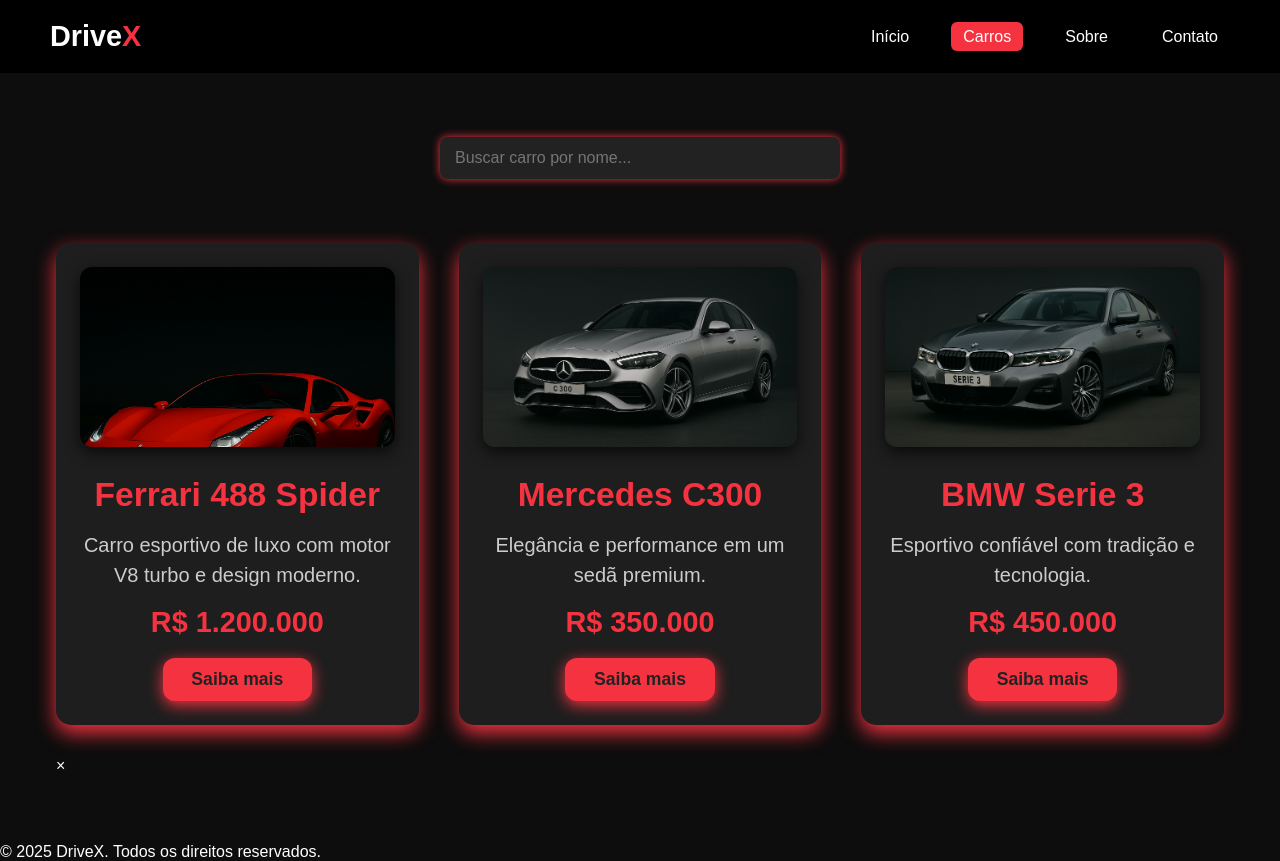
Repository: Mateushlp/DriveX
Page: carros.html
These files come from the project's save history. The page is drawn as it stood at one moment and after the next save; the edit follows.
The browser window is 1280 px wide. The pictures show the whole page.

Above is the page before, as saved 2025-06-23 22:53:41.

### carros.html
<!DOCTYPE html>
<html lang="pt-br">
<head>
  <meta charset="UTF-8" />
  <meta name="viewport" content="width=device-width, initial-scale=1.0" />
  <title>DriveX - Carros Disponíveis</title>
  <link rel="stylesheet" href="carros.css" />
</head>
<body>
  <header>
    <div class="logo">Drive<span>X</span></div>
    <nav>
      <ul>
        <li><a href="index.html">Início</a></li>
        <li><a href="carros.html" class="active">Carros</a></li>
        <li><a href="sobre.html">Sobre</a></li>
        <li><a href="contato.html">Contato</a></li>
      </ul>
    </nav>
  </header>

  <main>
    <section class="filtro" style="text-align:center; margin: 2rem 0;">
      <input type="text" id="filtro-carros" placeholder="Buscar carro por nome..." />
    </section>

    <section class="grid-carro">
      <div class="card-carro">
        <img src="./img/ferrari.png" alt="Ferrari 488 Spider" />
        <h3>Ferrari 488 Spider</h3>
        <p>Carro esportivo de luxo com motor V8 turbo e design moderno.</p>
        <strong>R$ 1.200.000</strong>
        <button class="btn-detalhes" data-modelo="Ferrari 488 Spider">Saiba mais</button>
      </div>
      <div class="card-carro">
        <img src="./img/ChatGPT Image 19 de jun. de 2025, 23_14_08.png" alt="Mercedes C300" />
        <h3>Mercedes C300</h3>
        <p>Elegância e performance em um sedã premium.</p>
        <strong>R$ 350.000</strong>
        <button class="btn-detalhes" data-modelo="Mercedes C300">Saiba mais</button>
      </div>
      <div class="card-carro">
        <img src="./img/serie 3.png" alt="BMW Serie 3" />
        <h3>BMW Serie 3</h3>
        <p>Esportivo confiável com tradição e tecnologia.</p>
        <strong>R$ 450.000</strong>
        <button class="btn-detalhes" data-modelo="BMW Serie 3">Saiba mais</button>
      </div>
      <!-- Adicione mais carros aqui -->
    </section>

    <!-- Modal para detalhes -->
    <div id="modal-detalhes" class="modal">
      <div class="modal-content">
        <span id="fechar-modal" class="fechar">&times;</span>
        <h2 id="titulo-modal"></h2>
        <img id="img-modal" src="" alt="" style="max-width:100%; border-radius: 10px; margin-bottom: 1rem;" />
        <p id="descricao-modal"></p>
        <strong id="preco-modal"></strong>
      </div>
    </div>
  </main>

  <footer>
    <p>&copy; 2025 DriveX. Todos os direitos reservados.</p>
  </footer>

  <script src="carros.js"></script>
</body>
</html>

### carros.css
/* Reset básico */
* {
  margin: 0;
  padding: 0;
  box-sizing: border-box;
}

body {
  font-family: 'Arial', sans-serif;
  background-color: #0d0d0d;
  color: #fff;
  min-height: 100vh;
  flex-direction: column;
}

/* HEADER */
header {
  display: flex;
  justify-content: space-between;
  align-items: center;
  padding: 20px 50px;
  background-color: #000;
}

.logo {
  font-size: 1.8rem;
  font-weight: bold;
  color: #fff;
}

.logo span {
  color: #f53340;
}

nav ul {
  list-style: none;
  display: flex;
  gap: 30px;
}

nav a {
  color: #fff;
  text-decoration: none;
  font-size: 1rem;
  padding: 6px 12px;
  border-radius: 6px;
  transition: background-color 0.3s ease;
}

nav a:hover,
nav a.active {
  background-color: #f53340;
  color: #fff;
}

/* MAIN */
main {
  display: grid;
  grid-template-columns: 2fr;
    padding: 2rem;
    gap: 2rem;
  padding: 2rem 1rem 3rem;
  max-width: 1200px;
  margin: 0 auto;
}

/* Filtro */
.filtro {
  text-align: center;
  margin-bottom: 3rem;
}

.filtro input[type="text"] {
  width: 90%;
  max-width: 400px;
  padding: 12px 15px;
  font-size: 1rem;
  border-radius: 8px;
  border: none;
  outline: none;
  box-shadow: 0 0 8px #f53340;
  background-color: #222;
  color: #fff;
  transition: box-shadow 0.3s ease;
}

.filtro input[type="text"]:focus {
  box-shadow: 0 0 15px #f53340;
}

/* Grid de carros */
.grid-carro {
  display: grid;
  grid-template-columns: repeat(auto-fill, minmax(320px, 1fr));
  gap: 2.5rem;
}
/* Card carro */
.card-carro {
  background: #1e1e1e;
  padding: 1.5rem;
  border-radius: 15px;
  box-shadow: 0 8px 20px #f53340;
  transition: transform 0.3s ease, box-shadow 0.3s ease;
  display: flex;
  flex-direction: column;
  align-items: center;
  height: 100%;
}

.card-carro:hover {
  transform: translateY(-8px);
  box-shadow: 0 12px 35px #f53340;
}

.card-carro img {
  width: 100%;
  max-height: 180px;
  object-fit: cover;
  border-radius: 12px;
  margin-bottom: 1.2rem;
  box-shadow: 0 5px 15px rgba(0,0,0,0.7);
}

.card-carro h3 {
  font-size: 2.1rem;
  color: #f53340;
  margin-top: 0.6rem;
  text-align: center;
}

.card-carro p {
  font-size: 1.25rem;
  line-height: 1.5;
  color: #ccc;
  margin-top: 1rem;
  flex-grow: 1;
  text-align: center;
}

.card-carro strong {
  font-size: 1.8rem;
  color: #f53340;
  margin: 1rem 0 1.2rem 0;
  font-weight: 900;
}

/* Botão Saiba Mais */
.btn-detalhes {
  background-color: #f53340;
  color: #222;
  border: none;
  padding: 0.7rem 1.8rem;
  border-radius: 12px;
  cursor: pointer;
  font-weight: 700;
  font-size: 1.1rem;
  transition: background-color 0.3s ease;
  box-shadow: 0 4px 15px #f53340;

.btn-detalhes:hover {
  background-color: #f53340;
  box-shadow: 0 6px 22px #f53340;
}

/* Modal */
.modal {
  display: none;
  position: fixed;
  z-index: 9999;
  left: 0;
  top: 0;
  width: 100%;
  height: 100%;
  background-color: rgba(18, 18, 18, 0.85);
  justify-content: center;
  align-items: center;
  overflow-y: auto;
  padding: 2rem 1rem;
}

.modal.show {
  display: flex;
}

.modal-content {
  background: #2a2a2a;
  padding: 2.5rem;
  border-radius: 20px;
  max-width: 600px;
  text-align: center;
  box-shadow: 0 10px 40px #f53340;
  color: #fff;
  position: relative;
}

.fechar {
  position: absolute;
  top: 20px;
  right: 25px;
  font-size: 2.6rem;
  cursor: pointer;
  color: #f53340;
  transition: color 0.3s ease;
}

.fechar:hover {
  color: #f53340;
}

/* Footer */
footer {
  background-color: #000;
  text-align: center;
  padding: 15px 0;
  color: #777;
  font-size: 0.9rem;
  margin-top: auto;
}
}

Loaded but not shown: carros.js (no copy from this time; the picture is the same without it)

After the next save:
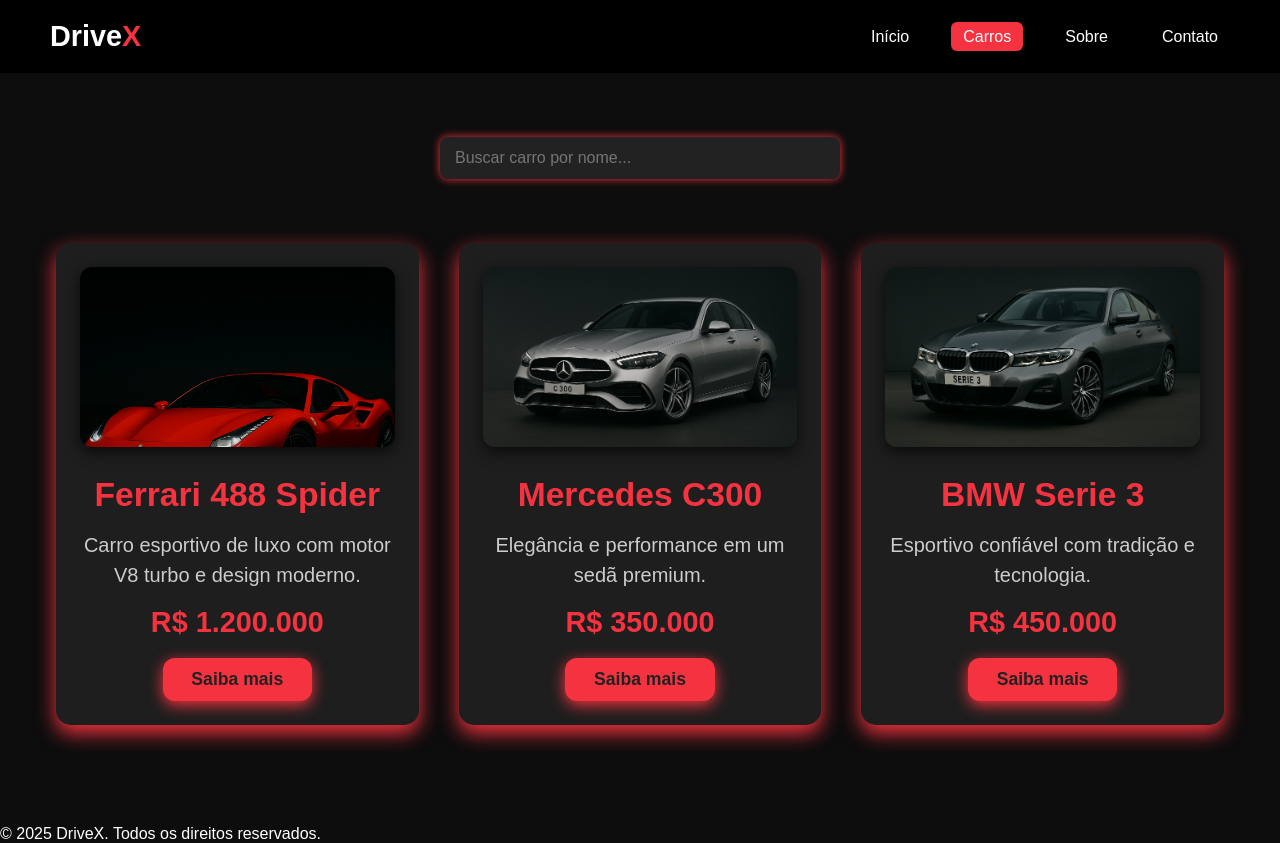
Saved 2 min 30 s later.
--- a/carros.html
+++ b/carros.html
@@ -52,7 +52,7 @@
     <!-- Modal para detalhes -->
     <div id="modal-detalhes" class="modal">
       <div class="modal-content">
-        <span id="fechar-modal" class="fechar">&times;</span>
+        <span id="fechar-modal" class="fechar"></span>
         <h2 id="titulo-modal"></h2>
         <img id="img-modal" src="" alt="" style="max-width:100%; border-radius: 10px; margin-bottom: 1rem;" />
         <p id="descricao-modal"></p>
